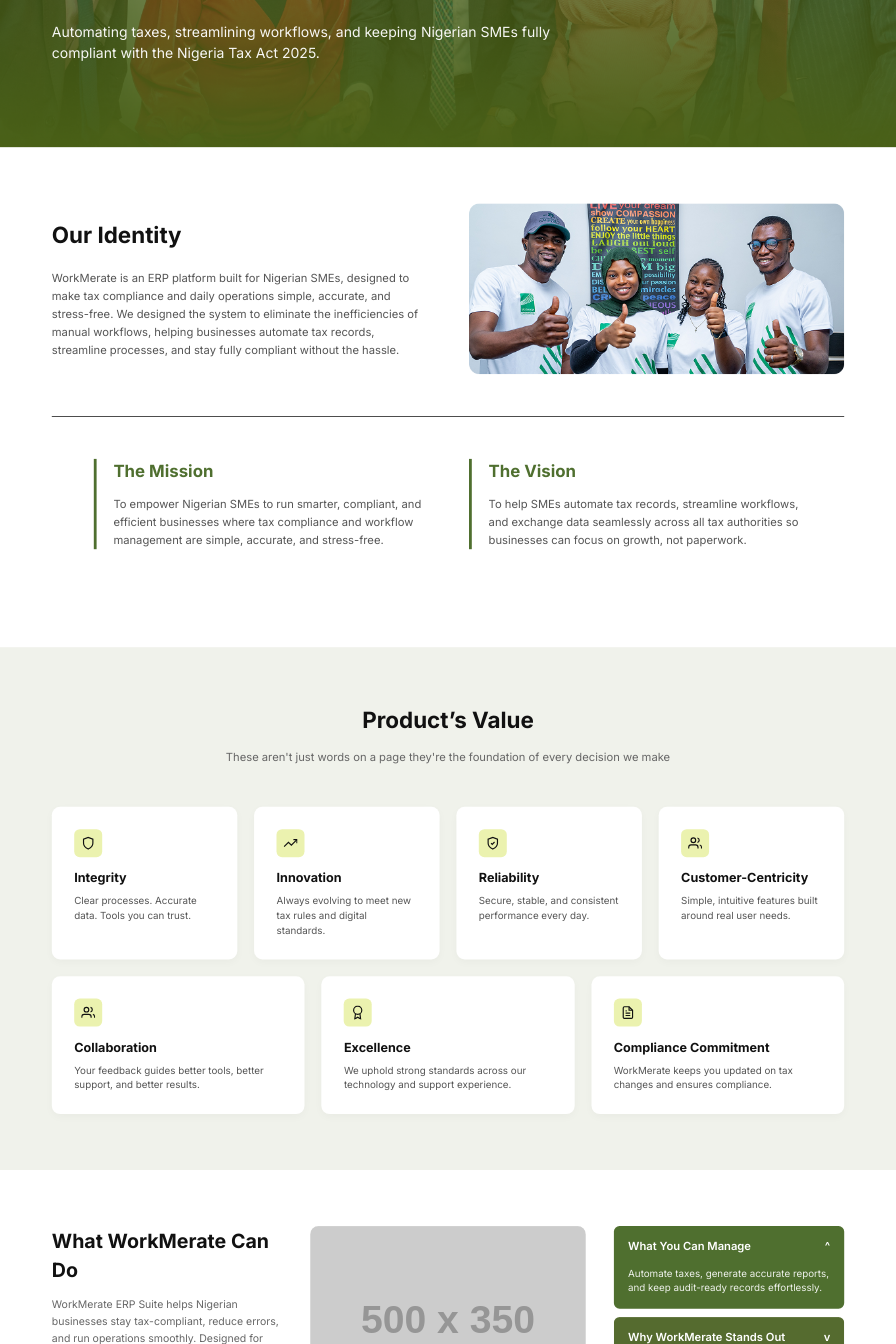
Repository: AYANO-EMMANUEL/workmerate
Page: about.html
These files come from the project's save history. The page is drawn as it stood at one moment and after the next save; the edit follows.
The browser window is 1280 px wide. The pictures show the part of the page from y = 362 to 2282 px (the page is 3422 px tall before and 3182 px after), at 70% of full size.

Above is the page before, as saved 2026-02-02 14:45:16.

After the next save:
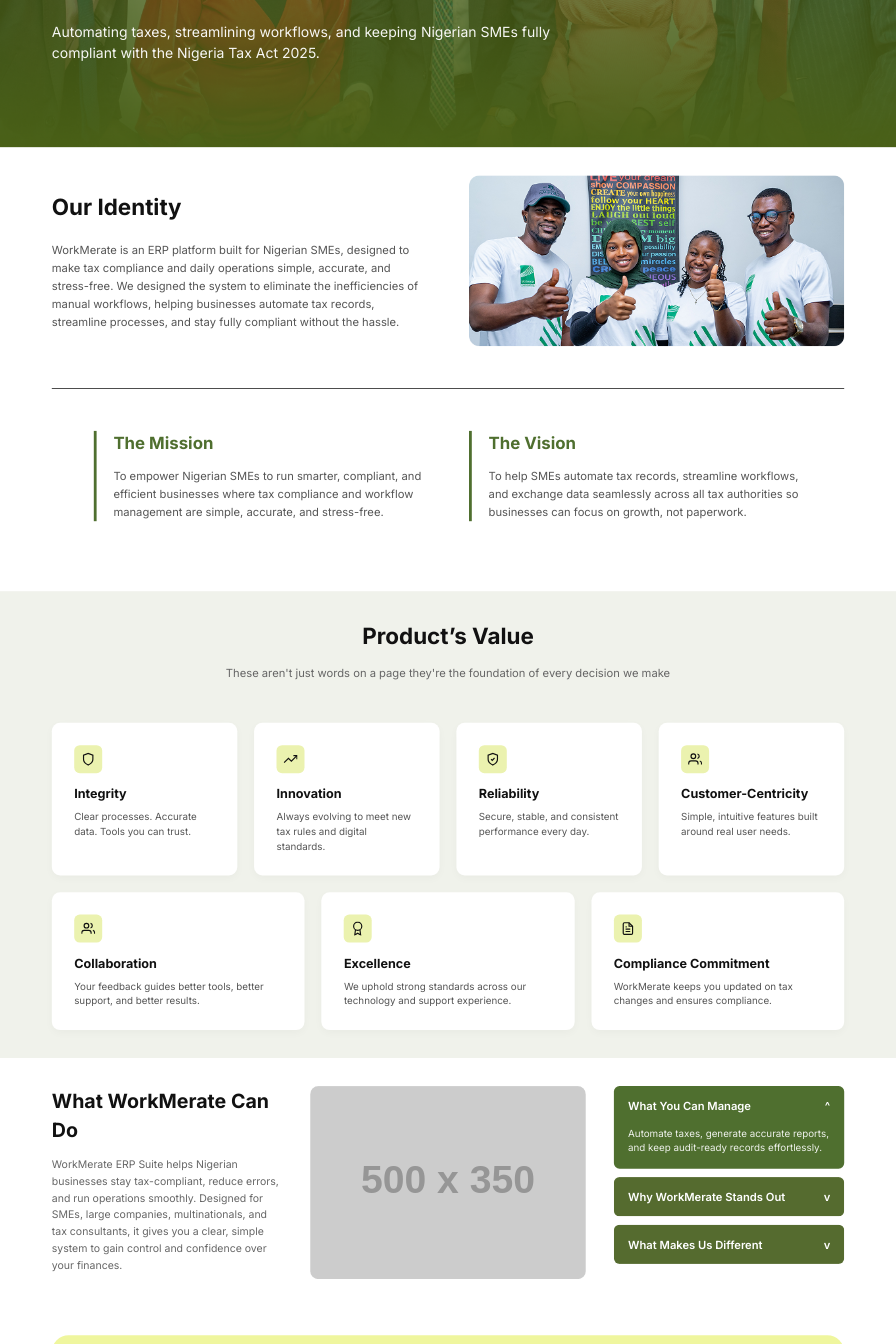
Saved 37 s later.
--- a/about.css
+++ b/about.css
@@ -42,7 +42,7 @@
 }
 
 .section-padding {
-  padding: 80px 0;
+  padding: 40px 0;
 }
 .bg-cream {
   background-color: var(--color-cream-bg);
